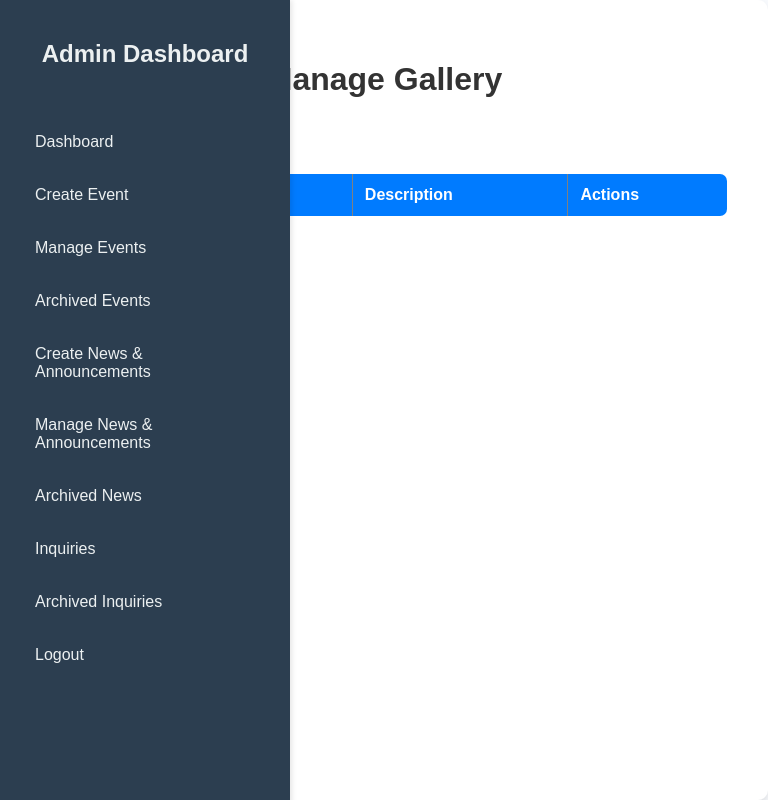
Repository: KharonKade/Capstone
Page: http://localhost/admin_gallery.php
The author's editor kept a copy of each file at every save. The page is drawn from the files as they stood at one save, then again after the next save.
The browser window is 768 px wide. The pictures show the whole page.
The page is run by PHP 8.4 with error messages shown; the project is at /var/www/html/. Queries for data that is not in the repository find no rows.

Above is the page before, as saved 2025-03-22 10:55:19.

### admin_gallery.php
<?php
// Database Connection
$host = "localhost";
$username = "root";
$password = "";
$database = "basf_gallery";

$conn = new mysqli($host, $username, $password, $database);
if ($conn->connect_error) {
    die("Connection failed: " . $conn->connect_error);
}

// Fetch Gallery Items
$sql = "SELECT * FROM gallery";
$result = $conn->query($sql);
?>

<!DOCTYPE html>
<html lang="en">
<head>
    <meta charset="UTF-8">
    <meta name="viewport" content="width=device-width, initial-scale=1.0">
    <title>Manage Gallery</title>
    <link rel="stylesheet" href="Css/admin_gallery.css">
</head>
<body>
<div class="admin-container">
        <nav class="sidebar">
            <h2>Admin Dashboard</h2>
            <ul>
                <li><a href="/dashboard">Dashboard</a></li>
                <li><a href="admin.html">Create Event</a></li>
                <li><a href="manage_upcoming.php">Manage Events</a></li>
                <li><a href="archived_events.php">Archived Events</a></li>
                <li><a href="create_news.html">Create News & Announcements</a></li>
                <li><a href="manage_news.php">Manage News & Announcements</a></li>
                <li><a href="archived_news.php">Archived News</a></li>
                <li><a href="view_inquiries.php">Inquiries</a></li>
                <li><a href="archived_inquiries.php">Archived Inquiries</a></li>
                <li><a href="/logout">Logout</a></li>
            </ul>
        </nav>

        <div class="content">
            <h1>Manage Gallery</h1>
            <a href="add_gallery.php" class="btn">Add New Gallery Item</a>

            <table border="1">
                <tr>
                    <th>Thumbnail</th>
                    <th>Title</th>
                    <th>Description</th>
                    <th>Actions</th>
                </tr>

                <?php while ($row = $result->fetch_assoc()): ?>
                <tr>
                    <td><img src="<?php echo $row['thumbnail']; ?>" width="100"></td>
                    <td><?php echo $row['title']; ?></td>
                    <td><?php echo $row['description']; ?></td>
                    <td>
                        <a href="edit_gallery.php?id=<?php echo $row['id']; ?>">Edit</a> |
                        <a href="delete_gallery.php?id=<?php echo $row['id']; ?>" onclick="return confirm('Are you sure?')">Delete</a>
                    </td>
                </tr>
                <?php endwhile; ?>
            </table>
        </div>
</div>

    </body>
    </html>

    <?php $conn->close(); ?>

### Css/admin_gallery.css
body {
    font-family: 'Arial', sans-serif;
    margin: 0;
    padding: 0;
    background: #f7f9fc;
    color: #333;
}

.admin-container {
    display: flex;
    min-height: 100vh;
}

/* Sidebar */
.sidebar {
    width: 250px;
    background: #2c3e50;
    color: #ecf0f1;
    padding: 20px;
    box-shadow: 2px 0 5px rgba(0, 0, 0, 0.1);
    display: flex;
    flex-direction: column;
    gap: 20px;
    position: fixed;
    height: 100%;
}

.sidebar h2 {
    text-align: center;
    font-size: 1.5rem;
    margin-bottom: 20px;
}

.sidebar ul {
    list-style: none;
    padding: 0;
    margin: 0;
}

.sidebar ul li {
    margin: 15px 0;
}

.sidebar ul li a {
    text-decoration: none;
    color: #ecf0f1;
    padding: 10px 15px;
    display: block;
    border-radius: 5px;
    transition: background 0.3s;
}

.sidebar ul li a:hover {
    background: #34495e;
}

.content {
    flex-grow: 1;
    padding: 40px;
    background: #ffffff;
    border-radius: 10px;
    box-shadow: 0px 4px 6px rgba(0, 0, 0, 0.1);
}

.content h2 {
    margin-bottom: 20px;
    font-size: 1.8rem;
    color: #2c3e50;
    text-align: center;
    border-bottom: 2px solid #ecf0f1;
    padding-bottom: 10px;
    margin-left: 250px;
}

h1 {
    text-align: center;
    color: #333;
}

.btn {
    display: inline-block;
    background-color: #28a745;
    color: white;
    padding: 10px 15px;
    text-decoration: none;
    border-radius: 5px;
    margin-bottom: 15px;
}

.btn:hover {
    background-color: #218838;
}

table {
    width: 100%;
    border-collapse: collapse;
    background: white;
    border-radius: 8px;
    overflow: hidden;
}

th, td {
    padding: 12px;
    text-align: left;
    border-bottom: 1px solid #ddd;
}

th {
    background-color: #007bff;
    color: white;
}

tr:hover {
    background-color: #f1f1f1;
}

img {
    border-radius: 5px;
    box-shadow: 2px 2px 5px rgba(0, 0, 0, 0.2);
}

/* Form Styling */
form {
    background: white;
    padding: 20px;
    border-radius: 8px;
    box-shadow: 0 4px 8px rgba(0, 0, 0, 0.1);
    width: 400px;
    margin: auto;
}

label {
    font-weight: bold;
    display: block;
    margin-top: 10px;
}

input, textarea {
    width: 100%;
    padding: 8px;
    margin-top: 5px;
    border: 1px solid #ccc;
    border-radius: 4px;
}

button {
    margin-top: 15px;
    background-color: #007bff;
    color: white;
    padding: 10px;
    border: none;
    border-radius: 5px;
    cursor: pointer;
    width: 100%;
}

button:hover {
    background-color: #0056b3;
}

After the next save:
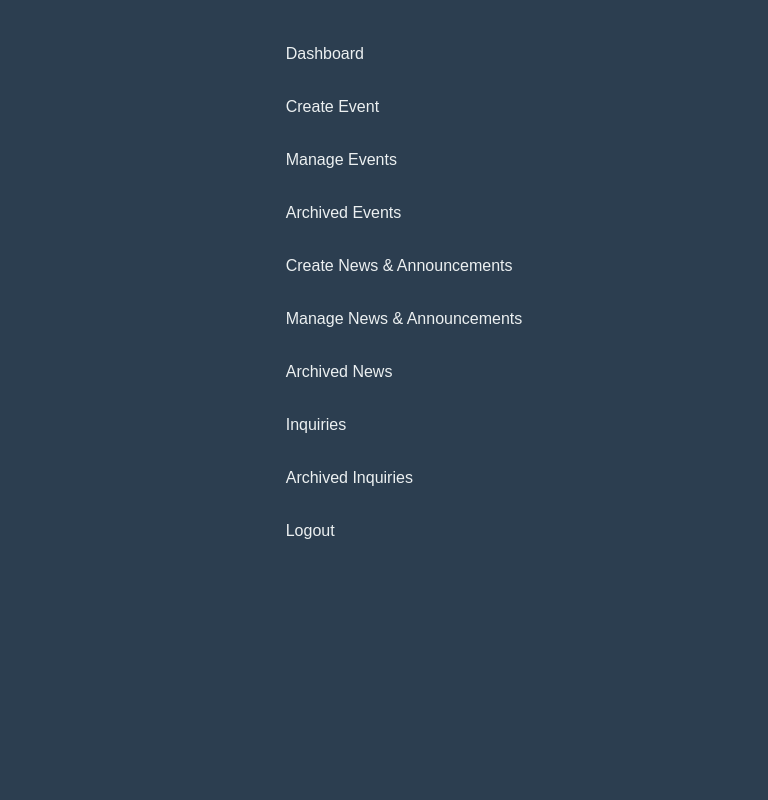
Saved 2 min 39 s later.
--- a/Css/admin_gallery.css
+++ b/Css/admin_gallery.css
@@ -1,3 +1,4 @@
+/* General Styles */
 body {
     font-family: 'Arial', sans-serif;
     margin: 0;
@@ -54,12 +55,14 @@ body {
     background: #34495e;
 }
 
+/* Main Content */
 .content {
     flex-grow: 1;
     padding: 40px;
     background: #ffffff;
     border-radius: 10px;
     box-shadow: 0px 4px 6px rgba(0, 0, 0, 0.1);
+    margin-left: 250px;
 }
 
 .content h2 {
@@ -69,34 +72,33 @@ body {
     text-align: center;
     border-bottom: 2px solid #ecf0f1;
     padding-bottom: 10px;
-    margin-left: 250px;
 }
 
-h1 {
-    text-align: center;
-    color: #333;
-}
-
+/* Buttons */
 .btn {
     display: inline-block;
-    background-color: #28a745;
+    background: #3498db;
     color: white;
     padding: 10px 15px;
     text-decoration: none;
     border-radius: 5px;
-    margin-bottom: 15px;
+    font-weight: bold;
+    transition: background 0.3s;
+    text-align: center;
 }
 
 .btn:hover {
-    background-color: #218838;
+    background: #2980b9;
 }
 
+/* Table Styling */
 table {
     width: 100%;
     border-collapse: collapse;
     background: white;
     border-radius: 8px;
     overflow: hidden;
+    box-shadow: 0px 4px 6px rgba(0, 0, 0, 0.1);
 }
 
 th, td {
@@ -106,12 +108,12 @@ th, td {
 }
 
 th {
-    background-color: #007bff;
+    background: #2c3e50;
     color: white;
 }
 
 tr:hover {
-    background-color: #f1f1f1;
+    background: #f1f1f1;
 }
 
 img {
@@ -121,39 +123,75 @@ img {
 
 /* Form Styling */
 form {
+    max-width: 900px;
+    margin: 0 auto;
+    display: flex;
+    flex-direction: column;
+    gap: 20px;
+    padding: 20px;
     background: white;
-    padding: 20px;
     border-radius: 8px;
     box-shadow: 0 4px 8px rgba(0, 0, 0, 0.1);
-    width: 400px;
-    margin: auto;
 }
 
-label {
+form label {
+    font-size: 1.2rem;
     font-weight: bold;
-    display: block;
-    margin-top: 10px;
+    color: #2c3e50;
 }
 
-input, textarea {
-    width: 100%;
-    padding: 8px;
-    margin-top: 5px;
-    border: 1px solid #ccc;
-    border-radius: 4px;
+form input,
+form textarea,
+form button {
+    font-size: 1rem;
+    padding: 10px;
+    border: 1px solid #dcdde1;
+    border-radius: 5px;
+    outline: none;
+    transition: border-color 0.3s, box-shadow 0.3s;
 }
 
-button {
-    margin-top: 15px;
-    background-color: #007bff;
-    color: white;
-    padding: 10px;
-    border: none;
-    border-radius: 5px;
-    cursor: pointer;
-    width: 100%;
+form input:focus,
+form textarea:focus {
+    border-color: #3498db;
+    box-shadow: 0 0 5px rgba(52, 152, 219, 0.5);
 }
 
-button:hover {
-    background-color: #0056b3;
+form button {
+    background: #3498db;
+    color: white;
+    cursor: pointer;
+    border: none;
+    font-weight: bold;
+    transition: background 0.3s;
 }
+
+form button:hover {
+    background: #2980b9;
+}
+
+/* Responsive Design */
+@media (max-width: 768px) {
+    .admin-container {
+        flex-direction: column;
+    }
+
+    .sidebar {
+        width: 100%;
+        flex-direction: row;
+        justify-content: space-around;
+    }
+
+    .sidebar h2 {
+        display: none;
+    }
+
+    .content {
+        margin: 10px;
+        padding: 20px;
+    }
+
+    form {
+        padding: 0 10px;
+    }
+}
